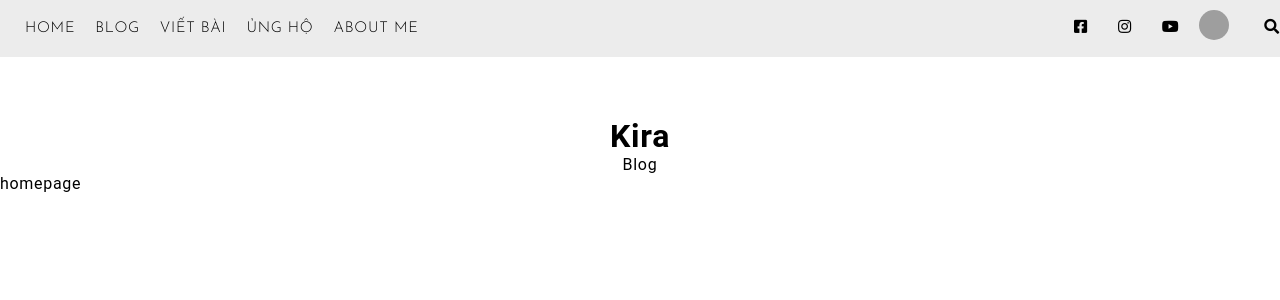
Repository: DTien93/blog-meanstack
Page: / (app in my-app/)
These files come from the project's save history. The page is drawn as it stood at one moment and after the next save; the edit follows.
The browser window is 1280 px wide. The pictures show the whole page.
Pictures or frames that could not be fetched are drawn as grey boxes. Some web libraries are served in a nearby version. The project was rebuilt for these pictures with package versions that can differ from the ones it lists, and the page was loaded fresh each time. Also part of the build but not shown: my-app/src/components/pages/home.css.

Above is the page before, as saved 2021-08-21 16:04:16.

### my-app/public/index.html
<!DOCTYPE html>
<html lang="en">
  <head>
    <meta charset="utf-8" />
    <link rel="icon" href="%PUBLIC_URL%/favicon.ico" />
    <link rel="preconnect" href="https://fonts.googleapis.com">
    <link rel="preconnect" href="https://fonts.gstatic.com" crossorigin>
    <link href="https://fonts.googleapis.com/css2?family=Josefin+Sans:ital,wght@0,100;0,200;0,300;1,100;1,200;1,300&family=Josefin+Slab:ital,wght@0,100;1,100&family=Varela&family=Varela+Round&display=swap" rel="stylesheet">
    <link rel="stylesheet" href="https://pro.fontawesome.com/releases/v5.10.0/css/all.css" integrity="sha384-AYmEC3Yw5cVb3ZcuHtOA93w35dYTsvhLPVnYs9eStHfGJvOvKxVfELGroGkvsg+p" crossorigin="anonymous"/>
    <meta name="viewport" content="width=device-width, initial-scale=1" />
    <meta name="theme-color" content="#000000" />
    <meta
      name="description"
      content="Web site created using create-react-app"
    />
    <link rel="apple-touch-icon" href="%PUBLIC_URL%/logo192.png" />
    <link rel="manifest" href="%PUBLIC_URL%/manifest.json" />
    <title>React App</title>
  </head>
  <body>
    <noscript>You need to enable JavaScript to run this app.</noscript>
    <div id="root"></div>
  </body>
</html>

### my-app/src/index.js
import React from 'react'
import ReactDOM from 'react-dom'
import App from './App'

import './css/index.css'

ReactDOM.render(
  <React.StrictMode>
    <App />
  </React.StrictMode>,
  document.getElementById('root')
);

### my-app/src/App.js
import React from 'react'

// Components
import TopBar from './components/TopBar'
import Home from './components/pages/Home'

// css
import './css/index.css'


function App() {
  return (
    <>
      <TopBar />
      <Home />
    </>
  );
}

export default App;

### my-app/src/css/index.css
:root {
    --main-bg: #fff;

    --main-header: #ececec;
    --second-header: #999;

    --txt-color: #000;
    --main-color: #252525;
    --second-color: #d3b062;

    --border-color: #000;
    --border-main:#d3b062;

    --main-color: #000;
    --main-second: #d3b062;

    --main-size: 15px;
    --second-size: 20px;
}

* {
    padding: 0;
    margin: 0;
    box-sizing: border-box;
    -webkit-tap-highlight-color: transparent;
}

body {
    font-family: "Roboto", sans-serif;
    -webkit-font-smoothing: antialiased;
    -moz-osx-font-smoothing: grayscale;
    letter-spacing: 0.7px;
}

a {
    text-decoration: none;
    color: unset;
}

a:hover {
    color: var(--main-second);
}

ul {
    list-style-type: none;
}

input {
    border: 2px solid transparent;
    outline: 0;
}

li {
    text-decoration: none;
    list-style-type: none;
}

### my-app/src/components/TopBar/index.jsx
import React from 'react'

import '../TopBar/topbar.css'


export default function TopBar() {
    return (

        <div className="top">
            <div className="top__left">
                <li className="top__left-item  item-active">Home</li>
                <li className="top__left-item">Blog</li>
                <li className="top__left-item">Viết bài</li>
                <li className="top__left-item">ủng hộ</li>
                <li className="top__left-item">About me</li>
            </div>

            <div className="top__right">
                <li className="top__right-item"><i className="fab fa-facebook-square"></i></li>
                <li className="top__right-item"><i className="fab fa-instagram"></i></li>
                <li className="top__right-item"><i className="fab fa-youtube"></i></li>
                <img className="top__right-img" src="https://media.thieunien.vn/thumb//uploads/2021/08/09/jisoo-blackpink-di-dong-phim-nhung-co-thanh-vien-nay-lai-duoc-khen-ve-dien-xuat-nhieu-hon_24560.jpg" alt="" />
                <li className="top__right-item top__search-icon"><i class="fas fa-search"></i></li>
            </div>
            </div>
    )
}

### my-app/src/components/pages/Home.jsx
import React from 'react'

import Header from '../Header'

import '../pages/home.css'

export default function Home() {
    return (
        <div className="home">
            <Header />
            homepage
        </div>
    )
}

### my-app/src/components/TopBar/TopBar.css
.top {
    width: 100%;
    height: 57px;
    background-color: var(--main-header);
    position: sticky;
    top: 0;
    display: flex;
    align-items: center;
    font-family: 'Josefin Sans', sans-serif;
}

.top__left{
    flex: 9;
    display: flex;
    line-height: 57px;
    padding: 0 15px;
    text-transform: uppercase;
}

.top__left-item {
    margin: 0 10px;
    color: var(--main-color);
    cursor: pointer;
    font-size: 15px;
}

.top__left-item item-active {
    color: var(--second-color);
}

.top__left-item:hover {
    color: var(--second-color);
}

.top__right {
    flex: 2;
    display: flex;
    line-height: 57px;
}

.top__right-item {
  font-size: var(--main-size);
  margin-left: 30px;
  color: var(--main-color);
  cursor: pointer;
  font-size: var(--main-size);
}

.top__right-img {
    margin: 10px 20px;
    width: 30px;
    height: 30px;
    margin-top: 10px;
    border-radius:  50%;
    object-fit: over;
}

.top__search-icon {
    font-size: var(--main-size);
    color: var(--main-color);
    cursor: pointer;
    margin-left: var(--main-size);
}

### my-app/src/components/Header/index.jsx
import React from 'react'

import { Link, Route, BrowserRouter } from 'react-router-dom'

// css
import '../Header/header.css'

export default function Header() {
    return (
        <BrowserRouter>
        <div className="header">
            <div className="header__titles">
                <h1 className="header__titles-heading">
                    <Link to="">Kira</Link>
                </h1>
                <span className="header__titles-heading">Blog</span>
            </div>
            </div>
            </BrowserRouter>
    )
}

### my-app/src/components/Header/header.css
.header {
    margin-top: 60px;
}

.header__titles{
    display: flex;
    flex-direction: column;
    align-items: center;
}

Loaded but not shown: my-app/src/components/pages/home.css (no copy from this time; the picture is the same without it)

After the next save:
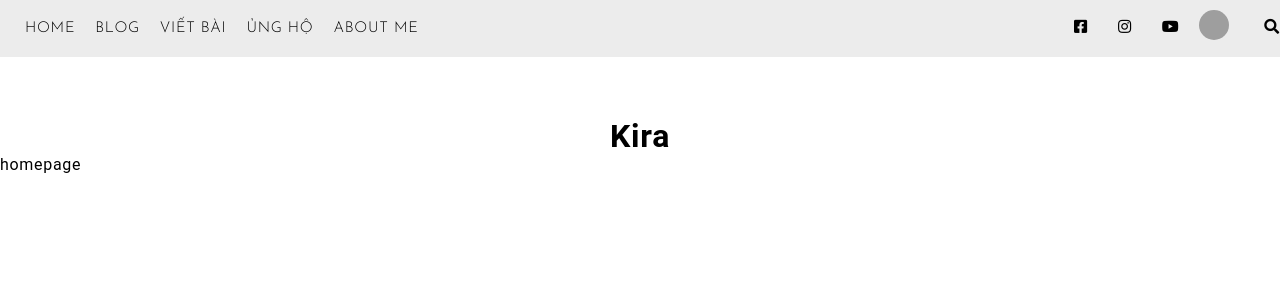
Saved 36 s later.
--- a/my-app/src/components/Header/index.jsx
+++ b/my-app/src/components/Header/index.jsx
@@ -13,7 +13,6 @@
                 <h1 className="header__titles-heading">
                     <Link to="">Kira</Link>
                 </h1>
-                <span className="header__titles-heading">Blog</span>
             </div>
             </div>
             </BrowserRouter>
